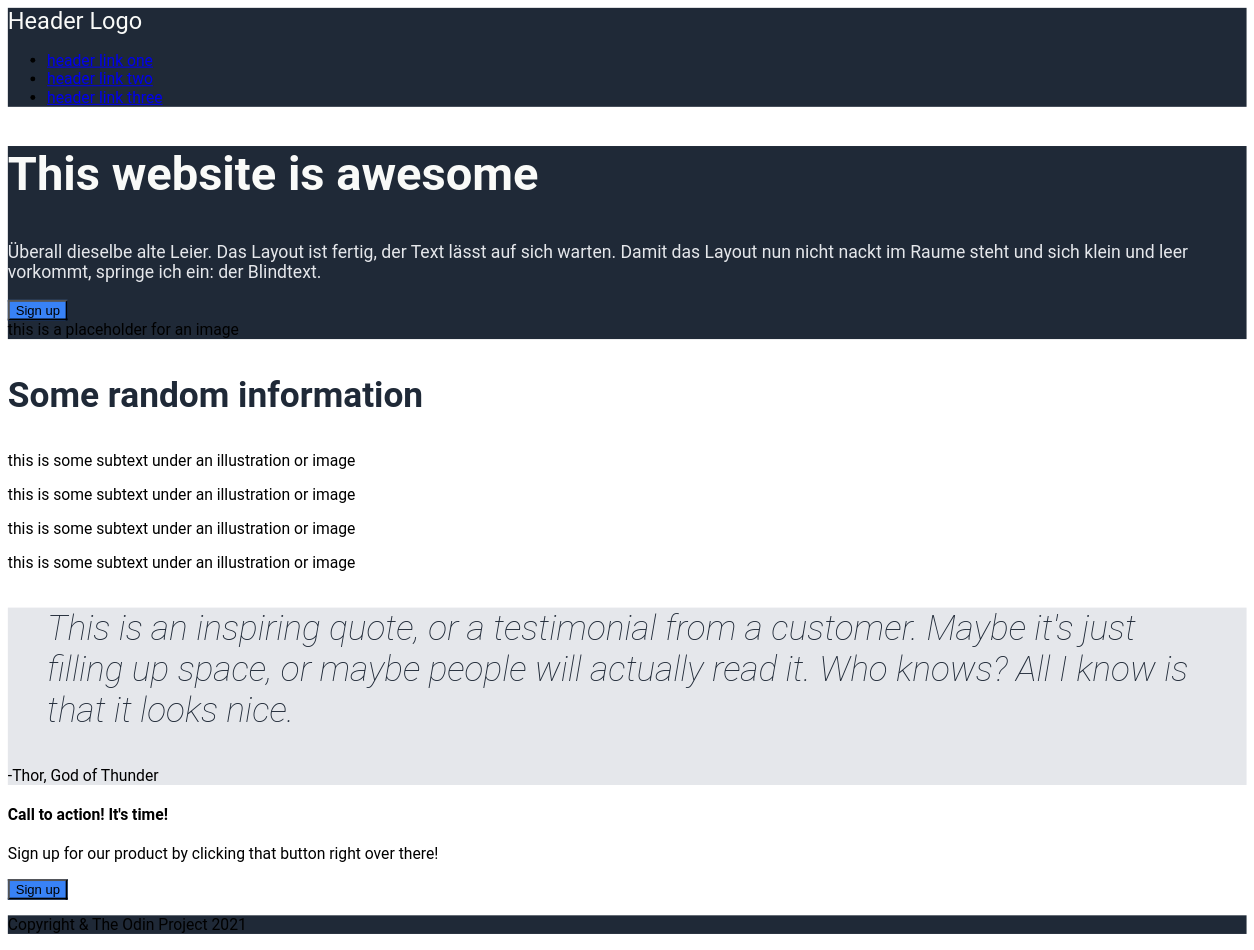
Repository: evemcd/odin_project
Page: odin-project2-landing-page/index.html
The author's editor kept a copy of each file at every save. The page is drawn from the files as they stood at one save, then again after the next save.
The browser window is 1280 px wide. The pictures show the whole page, at 98% of full size.

Above is the page before, as saved 2022-02-08 09:14:45.

After the next save:
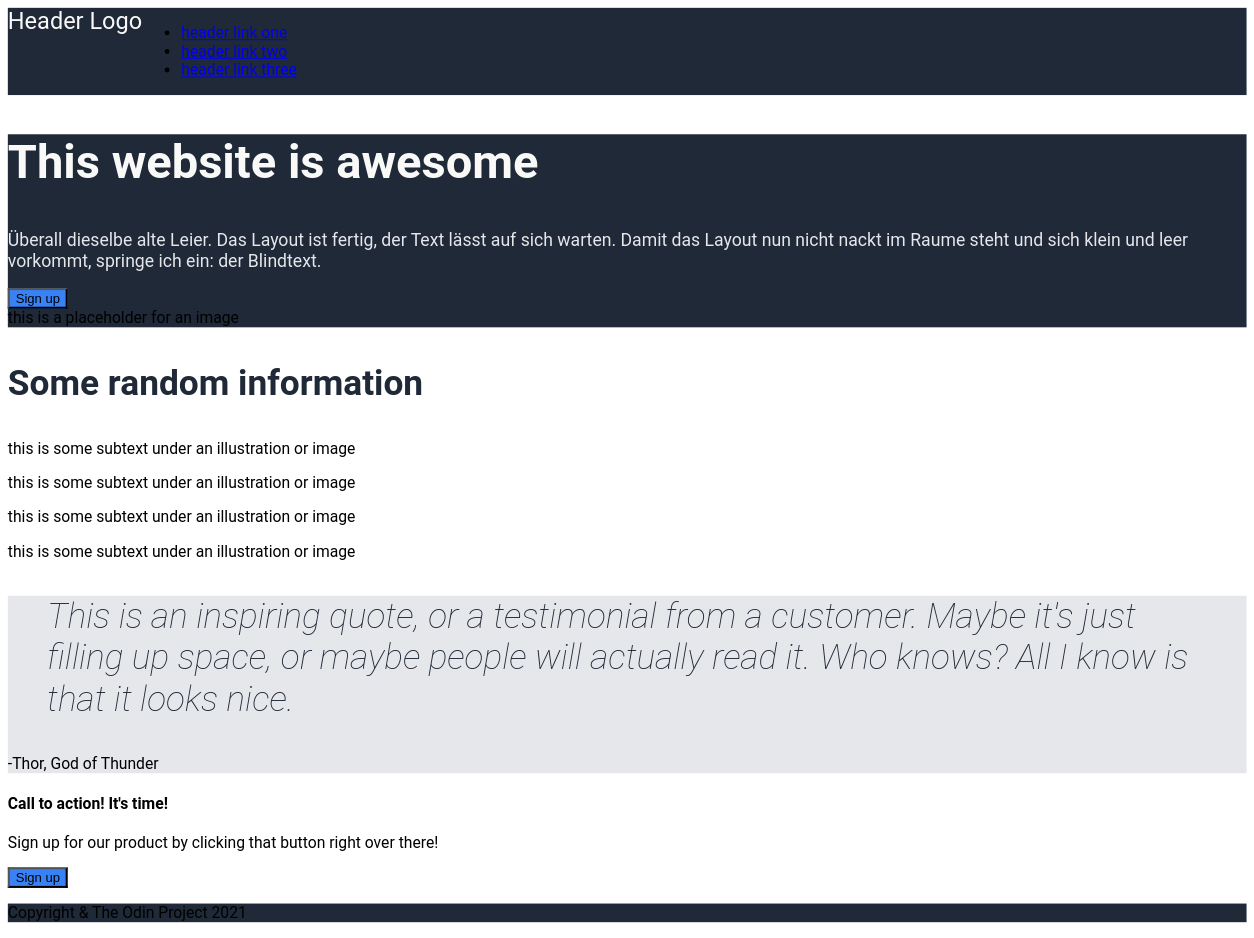
Saved 31 s later.
--- a/odin-project2-landing-page/style.css
+++ b/odin-project2-landing-page/style.css
@@ -13,8 +13,8 @@ footer {
     background-color: white;
 }
 
-.container3 {
-    background-color: #E5E7EB;
+header {
+    display: flex;
 }
 
 header>span {
@@ -43,6 +43,10 @@ button {
     color: #1F2937;
 }
 
+.container3 {
+    background-color: #E5E7EB;
+}
+
 blockquote {
     font-size: 36px;
     font-weight: lighter;
